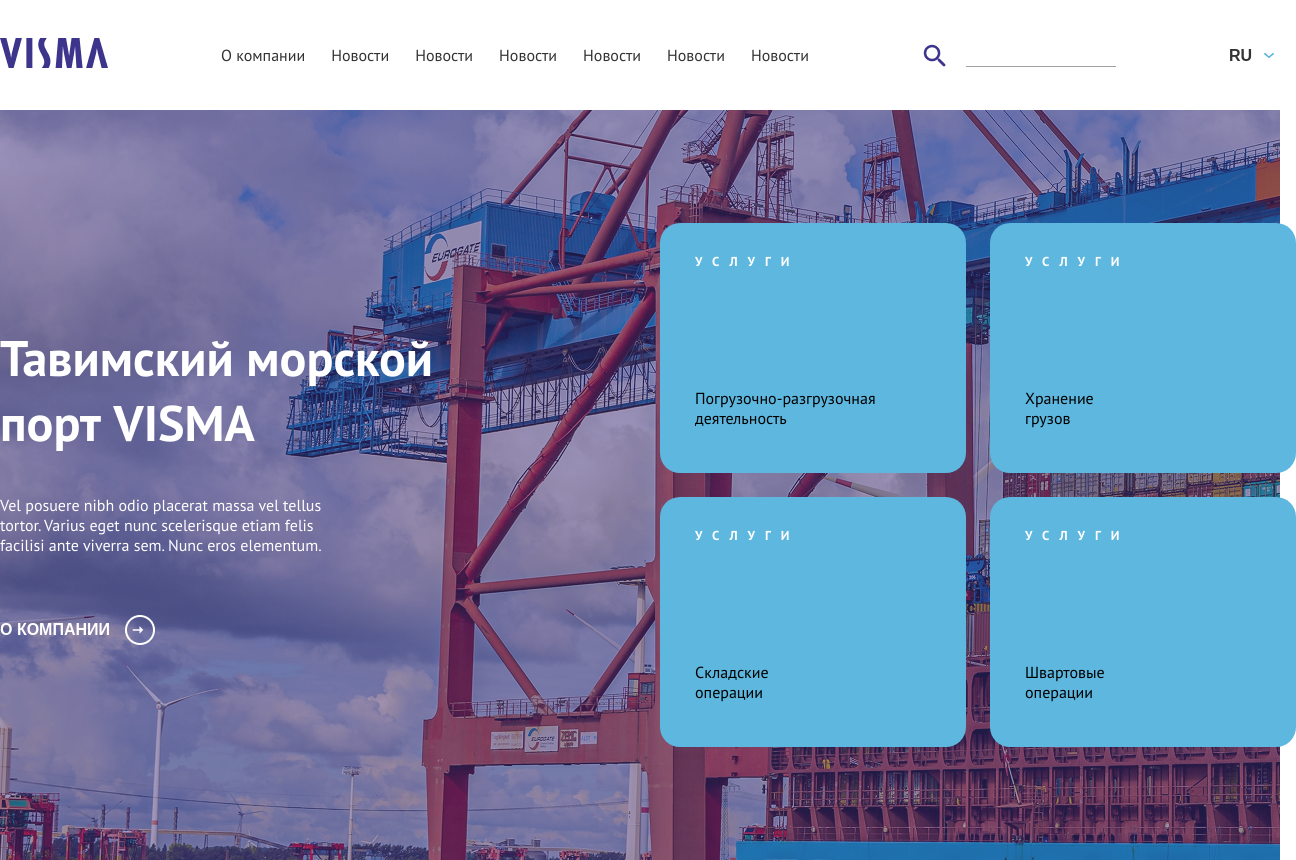
Repository: Shaiyr1/Visma
Page: index.html
An editor plug-in stored every save of this project. The page is shown before and after a run of saves, followed by the edit.
The browser window is 1280 px wide. The page is 1296 px wide, so the pictures cover 1296 px, including what lies to the right of the window. The pictures show the whole page.
The style sheet was rebuilt from its Sass, Less or Tailwind sources for each picture, by a compiler version that may differ from the author's.

Above is the page before, as saved 2026-09-15 14:48:58.

After the next 2 saves:
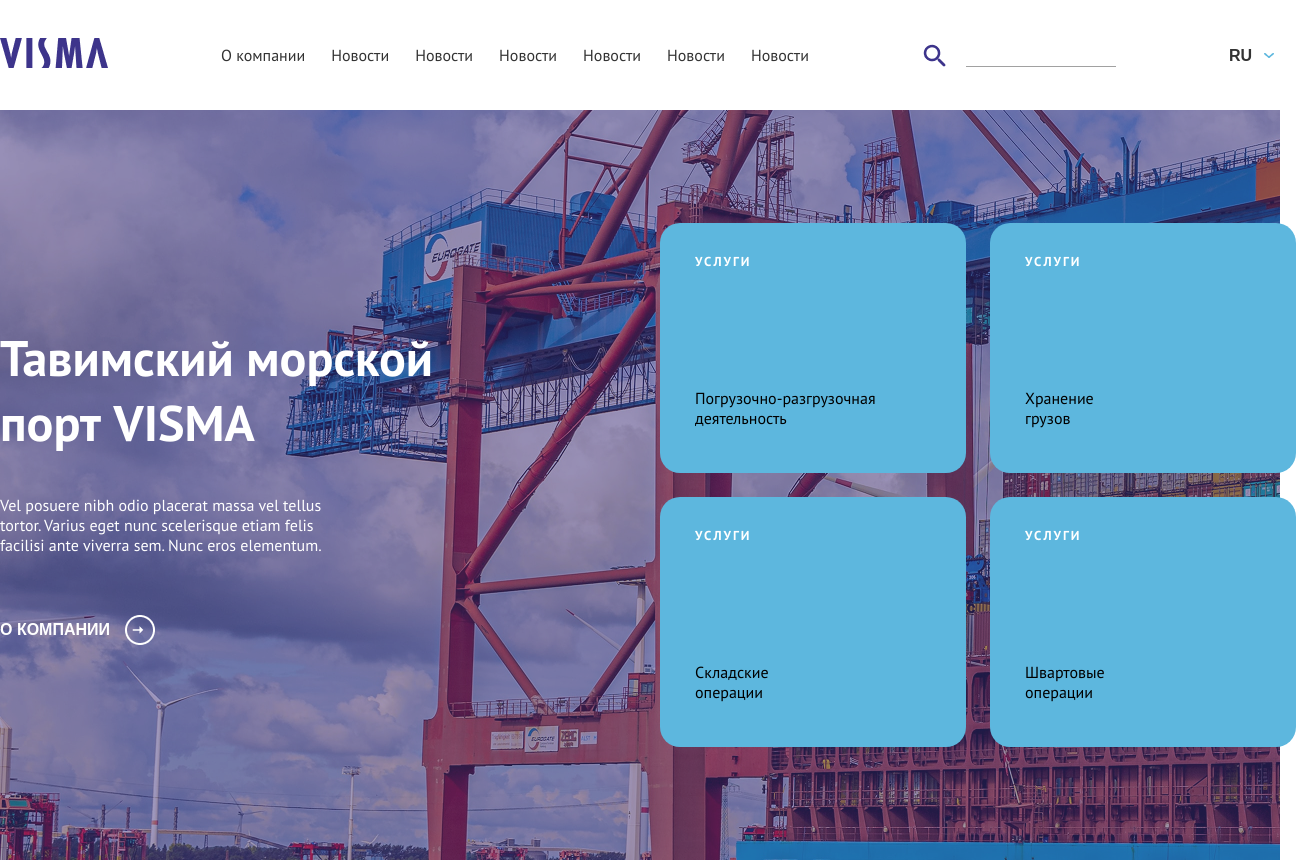
The 2 saves are shown as one change because they came seconds apart.
The last was saved 37 s later.
--- a/src/scss/home.scss
+++ b/src/scss/home.scss
@@ -73,7 +73,7 @@
                 text-align: left;
                 font-size: 13px;
                 font-weight: 700;
-                letter-spacing:10px;
+                letter-spacing:2px;
 
             }
 
